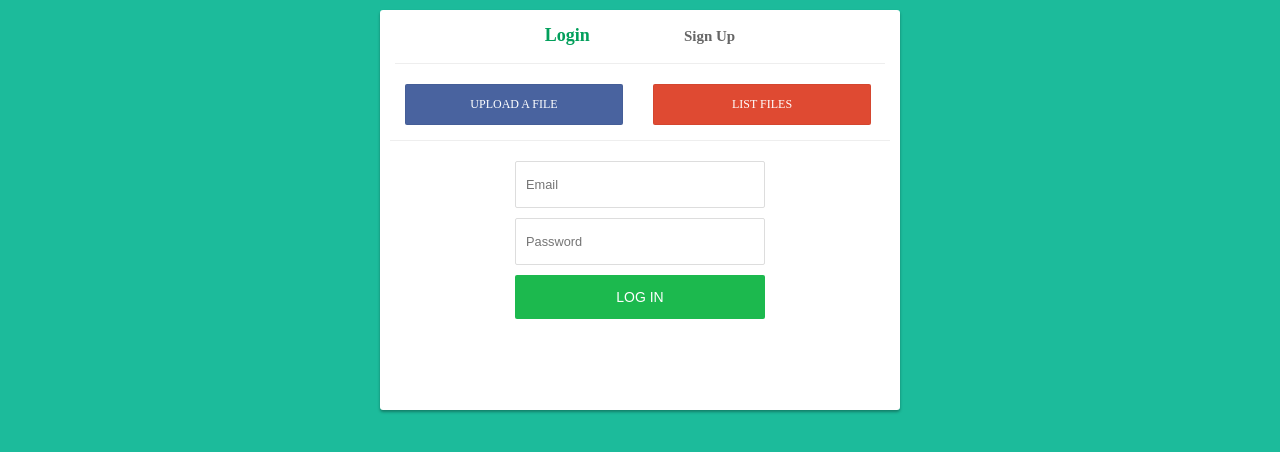
Repository: erengthb/AWS-Java-Servlet-Project
Page: http://localhost/Proje/Homepage.jsp
These files come from the project's save history. The page is drawn as it stood at one moment and after the next save; the edit follows.
The browser window is 1280 px wide. The pictures show the whole page.
The page is served by Tomcat 9. Other server files are loaded and not shown.

Above is the page before, as saved 2022-04-17 13:15:52.
Console error: ReferenceError: $ is not defined

### Proje/src/main/webapp/Homepage.jsp
<%@ page language="java" contentType="text/html; charset=ISO-8859-1"
    pageEncoding="ISO-8859-1"%>
<!DOCTYPE html>

<style>
body{
  background-color: #1cbb9b;
}
.login-box{
  position:relative;
  margin: 10px auto;
  width: 500px;
  height: 380px;
  background-color: #fff;
  padding: 10px;
  border-radius: 3px;
  -webkit-box-shadow: 0px 2px 3px 0px rgba(0,0,0,0.33);
-moz-box-shadow: 0px 2px 3px 0px rgba(0,0,0,0.33);
box-shadow: 0px 2px 3px 0px rgba(0,0,0,0.33);
}
.lb-header{
  position:relative;
  color: #00415d;
  margin: 5px 5px 10px 5px;
  padding-bottom:10px;
  border-bottom: 1px solid #eee;
  text-align:center;
  height:28px;
}
.lb-header a{
  margin: 0 25px;
  padding: 0 20px;
  text-decoration: none;
  color: #666;
  font-weight: bold;
  font-size: 15px;
  -webkit-transition: all 0.1s linear;
  -moz-transition: all 0.1s linear;
  transition: all 0.1s linear;
}
.lb-header .active{
  color: #029f5b;
  font-size: 18px;
}
.social-login{
  position:relative;
  float: left;
  width: 100%;
  height:auto;
  padding: 10px 0 15px 0;
  border-bottom: 1px solid #eee;
}
.social-login a{
  position:relative;
  float: left;
  width:calc(40% - 8px);
  text-decoration: none;
  color: #fff;
  border: 1px solid rgba(0,0,0,0.05);
  padding: 12px;
  border-radius: 2px;
  font-size: 12px;
  text-transform: uppercase;
  margin: 0 3%;
  text-align:center;
}
.social-login a i{
  position: relative;
  float: left;
  width: 20px;
  top: 2px;
}
.social-login a:first-child{
  background-color: #49639F;
}
.social-login a:last-child{
  background-color: #DF4A32;
}
.email-login,.email-signup{
  position:relative;
  float: left;
  width: 100%;
  height:auto;
  margin-top: 20px;
  text-align:center;
}
.u-form-group{
  width:100%;
  margin-bottom: 10px;
}
.u-form-group input[type="email"],
.u-form-group input[type="password"]{
  width: calc(50% - 22px);
  height:45px;
  outline: none;
  border: 1px solid #ddd;
  padding: 0 10px;
  border-radius: 2px;
  color: #333;
  font-size:0.8rem;
  -webkit-transition:all 0.1s linear;
  -moz-transition:all 0.1s linear;
  transition:all 0.1s linear;
}
.u-form-group input:focus{
  border-color: #358efb;
}
.u-form-group button{
  width:50%;
  background-color: #1CB94E;
  border: none;
  outline: none;
  color: #fff;
  font-size: 14px;
  font-weight: normal;
  padding: 14px 0;
  border-radius: 2px;
  text-transform: uppercase;
}
.forgot-password{
  width:50%;
  text-align: left;
  text-decoration: underline;
  color: #888;
  font-size: 0.75rem;
}

</style>




  <div class="login-box">
    <div class="lb-header">
      <a href="#" class="active" id="login-box-link">Login</a>
      <a href="#" id="signup-box-link">Sign Up</a>
    </div>
    <div class="social-login">
      <a href="#">
        <i class="fa fa-facebook fa-lg"></i>
        Upload a File
      </a>
      <a href="#">
        <i class="fa fa-google-plus fa-lg"></i>
        List Files
      </a>
    </div>
    <form class="email-login">
      <div class="u-form-group">
        <input type="email" placeholder="Email"/>
      </div>
      <div class="u-form-group">
        <input type="password" placeholder="Password"/>
      </div>
      <div class="u-form-group">
        <button>Log in</button>
      </div>

    </form>


    </form>
  </div>


<script>
$(".email-signup").hide();
$("#signup-box-link").click(function(){
  $(".email-login").fadeOut(100);
  $(".email-signup").delay(100).fadeIn(100);
  $("#login-box-link").removeClass("active");
  $("#signup-box-link").addClass("active");
});
$("#login-box-link").click(function(){
  $(".email-login").delay(100).fadeIn(100);;
  $(".email-signup").fadeOut(100);
  $("#login-box-link").addClass("active");
  $("#signup-box-link").removeClass("active");
});
</script>

After the next save:
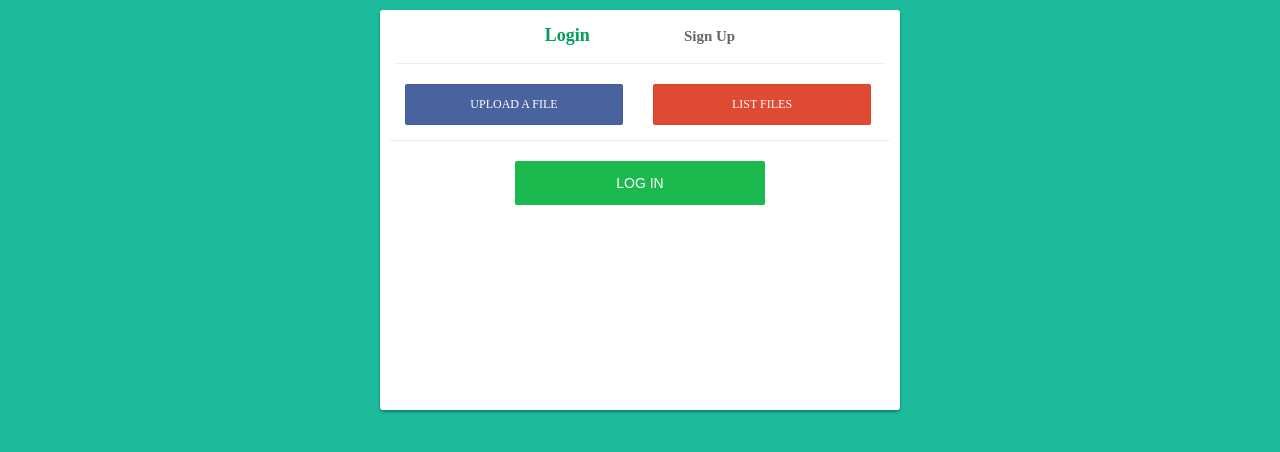
Saved 9 s later.
--- a/Proje/src/main/webapp/Homepage.jsp
+++ b/Proje/src/main/webapp/Homepage.jsp
@@ -146,12 +146,8 @@ box-shadow: 0px 2px 3px 0px rgba(0,0,0,0.33);
       </a>
     </div>
     <form class="email-login">
-      <div class="u-form-group">
-        <input type="email" placeholder="Email"/>
-      </div>
-      <div class="u-form-group">
-        <input type="password" placeholder="Password"/>
-      </div>
+
+
       <div class="u-form-group">
         <button>Log in</button>
       </div>
